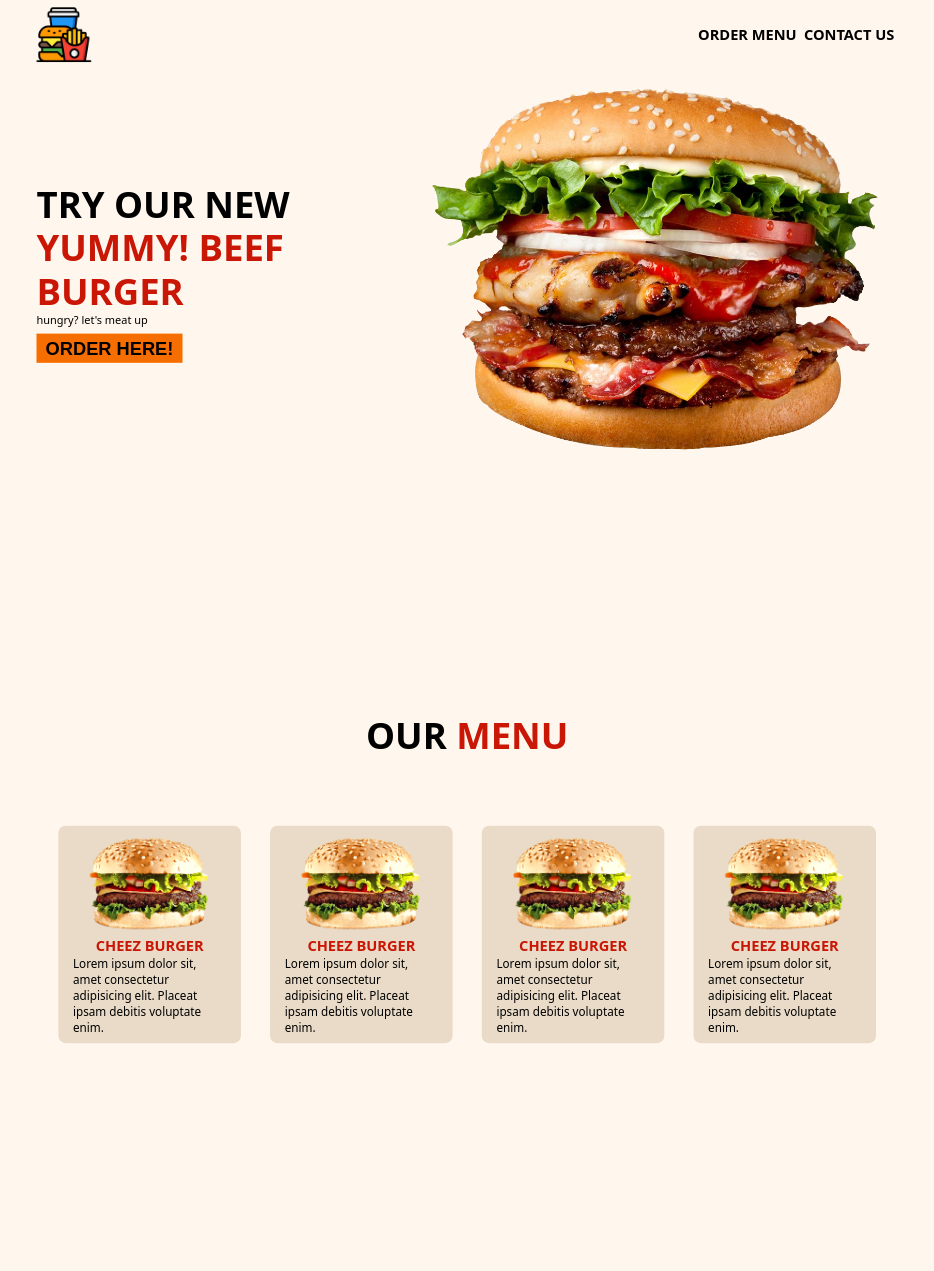
Repository: duc-thanh-2303/food
Page: index.html
An editor plug-in stored every save of this project. The page is shown before and after the next save, followed by the edit.
The browser window is 1280 px wide. The pictures show the whole page, at 73% of full size.

Above is the page before, as saved 2022-11-29 15:49:46.

### index.html
<!DOCTYPE html>
<html lang="en">
<head>
    <meta charset="UTF-8">
    <meta http-equiv="X-UA-Compatible" content="IE=edge">
    <meta name="viewport" content="width=device-width, initial-scale=1.0">
    <title>Food</title>

    <link rel="stylesheet" href="./css/main.css">
    <link rel="stylesheet" href="./css/header.css">
    <link rel="stylesheet" href="./css/wrap.css">
    <link rel="stylesheet" href="./css/footer.css">
</head>
<body>

    <!-- header -->
    <header id="header">
        <img src="./img/burger.png" alt="" class="header__img">
        <div class="header__menu">
            <p>ORDER MENU</p>
            <p>CONTACT US</p>
        </div>
    </header>

    <!-- content -->
    <div id="wrap-content">

        <div class="title">
            <div class="title__name">
                <p class="title__name-first">TRY OUR NEW</p>
                <p class="title__name-second">YUMMY! BEEF BURGER</p>
                <span>hungry? let's meat up</span>
                <button class="title__name-btn">ORDER HERE!</button>
            </div>
            <img src="./img/main.png" alt="" class="title__img">
        </div>

        <div class="menu">
            <h1>OUR <span class="menu__title">MENU</span></h1>
            <div class="menu__section">
                <div class="menu__section__box">
                    <img src="./img/qc__1.png" alt="" class="menu__section__box__img">
                    <h3>CHEEZ BURGER</h3>
                    <p>Lorem ipsum dolor sit, amet consectetur adipisicing elit. Placeat ipsam debitis voluptate enim.</p>
                </div>

                <div class="menu__section__box">
                    <img src="./img/qc__1.png" alt="" class="menu__section__box__img">
                    <h3>CHEEZ BURGER</h3>
                    <p>Lorem ipsum dolor sit, amet consectetur adipisicing elit. Placeat ipsam debitis voluptate enim.</p>
                </div>

                <div class="menu__section__box">
                    <img src="./img/qc__1.png" alt="" class="menu__section__box__img">
                    <h3>CHEEZ BURGER</h3>
                    <p>Lorem ipsum dolor sit, amet consectetur adipisicing elit. Placeat ipsam debitis voluptate enim.</p>
                </div>

                <div class="menu__section__box">
                    <img src="./img/qc__1.png" alt="" class="menu__section__box__img">
                    <h3>CHEEZ BURGER</h3>
                    <p>Lorem ipsum dolor sit, amet consectetur adipisicing elit. Placeat ipsam debitis voluptate enim.</p>
                </div>
            </div>
        </div>
    </div>

    <!-- footer -->
    <footer id="footer">

    </footer>

    <script type="module" src="https://unpkg.com/ionicons@5.5.2/dist/ionicons/ionicons.esm.js"></script>
    <script nomodule src="https://unpkg.com/ionicons@5.5.2/dist/ionicons/ionicons.js"></script>
</body>
</html>

### css/main.css
@import url('https://fonts.googleapis.com/css2?family=Roboto:wght@100;300;500;700&display=swap');

* {
    margin: 0;
    padding: 0;
    box-sizing: border-box;
}

html {
    scroll-behavior: smooth;
}

:root {
    --white: #FFF6ED;
    --yellow: #FF8803;
    --orance: #F76E00;
    --red: #C91605;
    --bg: #E9DBC7;
}

body {
    background-color: var(--white);
    font-family: system-ui, -apple-system, BlinkMacSystemFont, 'Segoe UI', Roboto, Oxygen, Ubuntu, Cantarell, 'Open Sans', 'Helvetica Neue', sans-serif;
}

### css/header.css
#header {
    display: flex;
    flex-direction: row;
    justify-content: space-between;
    margin-left: 50px;
    margin-right: 50px;
    margin-top: 10px;
}

.header__img {
    width: 75px;
    height: 75px;
    object-fit: cover;
    object-position: center;
}

.header__menu {
    display: flex;
    flex-direction: row;
    justify-content: center;
    align-items: center;
}

.header__menu p {
    margin-left: 5px;
    margin-right: 5px;
    font-weight: bold;
    font-size: 20px;
    cursor: pointer;
}

### css/wrap.css
:root {
    --white: #FFF6ED;
    --yellow: #FF8803;
    --orance: #F76E00;
    --red: #C91605;
    --bg: #E9DBC7;
}

#wrap-content {
    margin-left: 50px;
    margin-right: 50px;
}

.title {
    display: flex;
    flex-direction: row;
    justify-content: center;
    align-items: center;
    height: 80vh;
}

.title__img {
    width: 650px;
    height: 650px;
    object-fit: cover;
    object-position: center;
}

.title__name {
    display: flex;
    flex-direction: column;
    text-align: left;
    line-height: 1.2;
}

.title__name-first,
.title__name-second {
    font-size: 50px;
    font-weight: bold;
}

.title__name-second {
    color: var(--red);
}

.title__name > span {
    font-size: 15px;
}

.title__name-btn {
    margin-top: 10px;
    background-color: var(--orance);
    color: black;
    border: none;
    width: 200px;
    height: 40px;
    font-weight: bold;
    font-size: 25px;
    cursor: pointer;
    transition: all 0.3s;
}

.title__name-btn:hover {
    border-radius: 10px;
    background-color: var(--white);
    border: solid 2px var(--orance);
    color: var(--orance);
}

.menu {
    height: 150vh;
    display: flex;
    flex-direction: column;
    justify-content: center;
    align-items: center;
}

h1 {
    font-size: 50px;
}

.menu__title {
    color: var(--red);
    font-size: 50px;
    margin: 0 0 0 0;
}

.menu__section {
    display: flex;
    flex-direction: row;
}

.menu__section__box {
    display: flex;
    flex-direction: column;
    justify-content: center;
    align-items: center;
    width: 250px;
    height: auto;
    background-color: var(--bg);
    padding: 10px 20px 10px 20px;
    border-radius: 10px;
    margin: 90px 20px 0 20px ;
}

.menu__section__box__img {
    width: 180px;
    object-fit: cover;
    object-position: center;
}

h3 {
    color: var(--red);
    font-size: 20px;
}

Loaded but not shown: css/footer.css (no stored copy; drawn as an empty file)

After the next save:
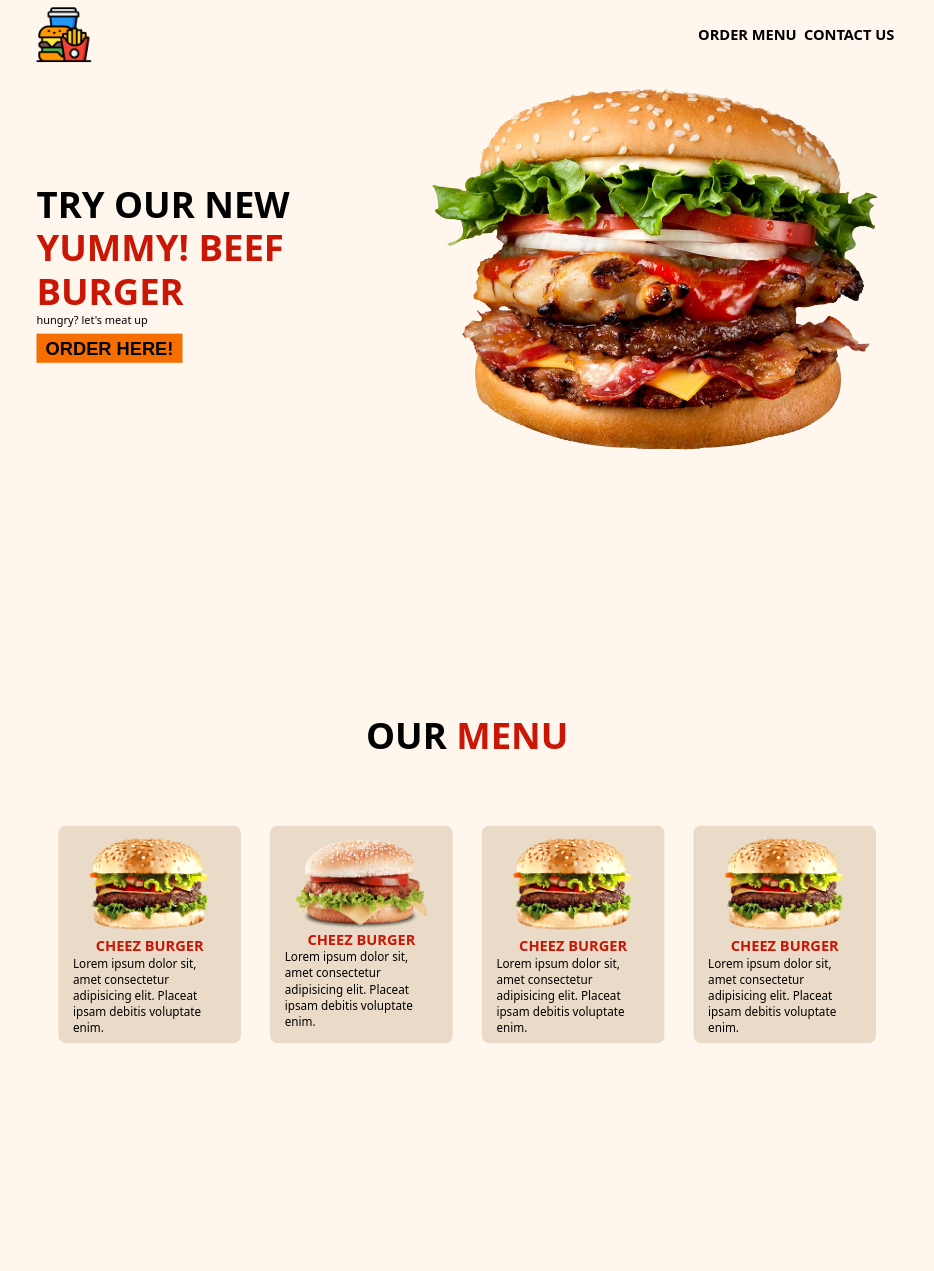
Saved 42 s later.
--- a/index.html
+++ b/index.html
@@ -45,7 +45,7 @@
                 </div>
 
                 <div class="menu__section__box">
-                    <img src="./img/qc__1.png" alt="" class="menu__section__box__img">
+                    <img src="./img/qc__2.png" alt="" class="menu__section__box__img">
                     <h3>CHEEZ BURGER</h3>
                     <p>Lorem ipsum dolor sit, amet consectetur adipisicing elit. Placeat ipsam debitis voluptate enim.</p>
                 </div>
